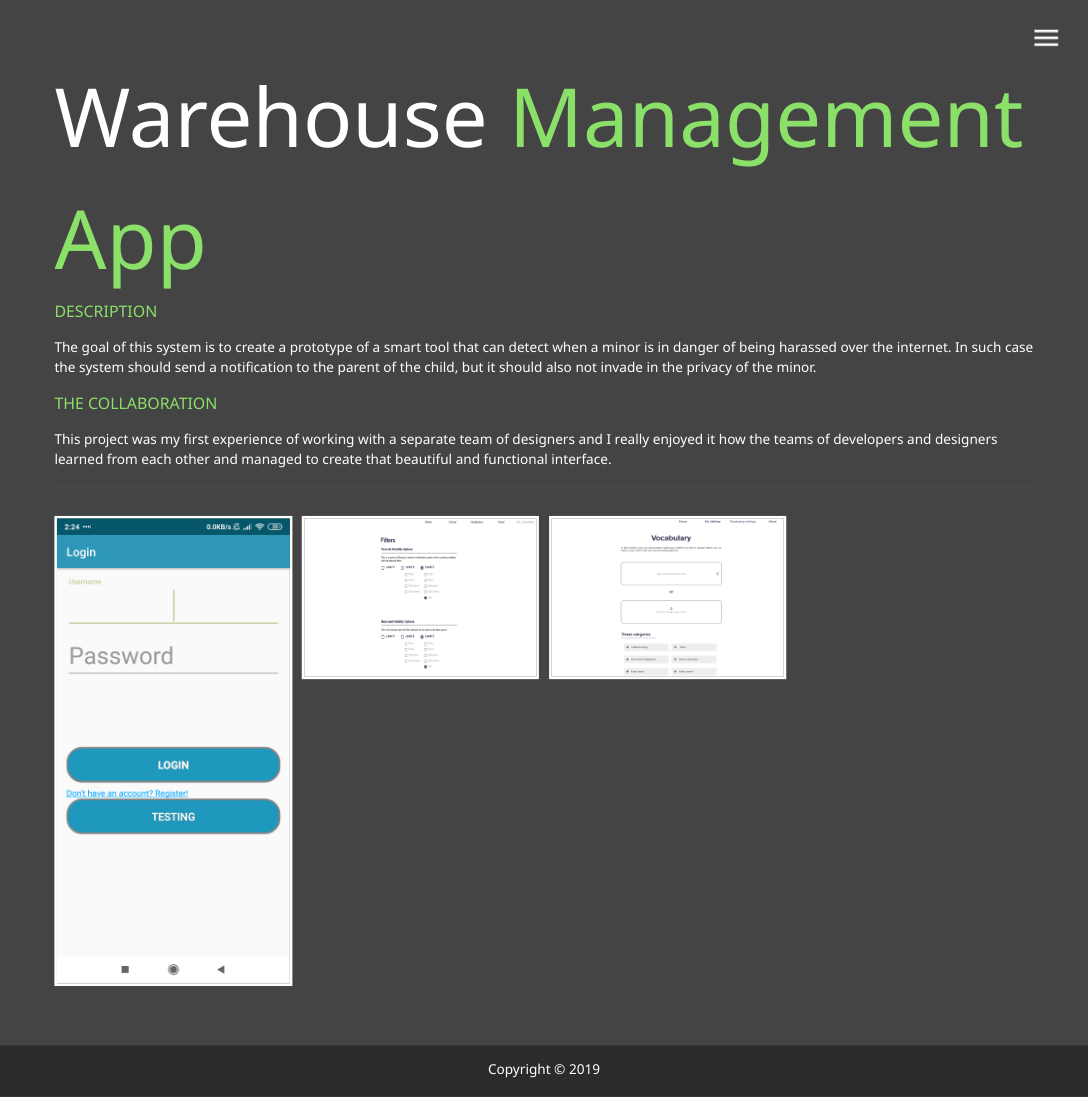
Repository: Preap/portfolio
Page: dist/projects/stockcontrol.html
An editor plug-in stored every save of this project. The page is shown before and after the next save, followed by the edit.
The browser window is 1280 px wide. The pictures show the whole page, at 85% of full size.
Some web libraries are served in a nearby version.

Above is the page before, as saved 2019-06-06 02:47:16.

### dist/projects/stockcontrol.html
<!DOCTYPE html>
<html lang="en">
  <head>
    <meta charset="UTF-8" />
    <meta name="viewport" content="width=device-width, initial-scale=1.0" />
    <meta http-equiv="X-UA-Compatible" content="ie=edge" />
    <link
      rel="stylesheet"
      href="https://use.fontawesome.com/releases/v5.6.1/css/all.css"
      integrity="sha384-gfdkjb5BdAXd+lj+gudLWI+BXq4IuLW5IT+brZEZsLFm++aCMlF1V92rMkPaX4PP"
      crossorigin="anonymous"
    />
    <link rel="stylesheet" href="../css/main.css" />
    <title>Android Project</title>
  </head>
  <body>
    <header>
      <div class="menu-btn">
        <div class="btn-line"></div>
        <div class="btn-line"></div>
        <div class="btn-line"></div>
      </div>

      <nav class="menu">
        <div class="menu-branding"><div class="portrait"></div></div>

        <ul class="menu-nav">
          <li class="nav-item">
            <a href="../index.html" class="nav-link"> Home </a>
          </li>
          <li class="nav-item">
            <a href="../about.html" class="nav-link"> My Experience </a>
          </li>
          <li class="nav-item">
            <a href="../work.html" class="nav-link current"> My Projects </a>
          </li>
          <li class="nav-item">
            <a href="../contact.html" class="nav-link"> Contact Me </a>
          </li>
        </ul>
      </nav>
    </header>

    <main id="work">
      <h1 class="lg-heading">
        Warehouse <span class="text-secondary">Management App</span>
      </h1>

      <div class="project-description">
        <h3 class="text-secondary">DESCRIPTION</h3>
        <p>
            The goal of this system is to create a prototype of a smart tool that can detect when a minor is in danger of being harassed over
            the internet. In such case the system should send a notification to the parent of the child, but it should also not invade in the privacy of the minor.
        </p>
        <h3 class="text-secondary">THE COLLABORATION</h3>
        <p>
            This project was my first experience of working with a separate team of designers and I really enjoyed it how
            the teams of developers and designers learned from each other and managed to create that beautiful and functional interface.
      </p>
      </div>
      <h2 class="sm-heading"></h2>
      <div class="projects">
        <div class="item">
          <a href="#!">
            <img src="../img/projects/stockcontrol/image1.jpg" alt="encase_image" />
          </a>
        </div>
        <div class="item">
          <a href="#!">
            <img src="../img/projects/encase/image2.jpg" alt="encase_image" />
          </a>
        </div>
        <div class="item">
          <a href="#!">
            <img src="../img/projects/encase/image3.jpg" alt="encase_image" />
        </div>
      <br>

    </main>

    <footer id="main-footer">
      Copyright &copy; 2019
    </footer>

    <script src="../js/main.js"></script>
  </body>
</html>

### dist/css/main.css
.menu-btn {
  position: absolute;
  top: 35px;
  right: 35px;
  z-index: 3;
  cursor: pointer;
  transition: all 0.5s ease-out;
}
.menu-btn .btn-line {
  width: 28px;
  height: 3px;
  margin: 0 0 5px 0;
  background: #fff;
  transition: all 0.5s ease-out;
}
.menu-btn.close {
  transform: rotate(180deg);
}
.menu-btn.close .btn-line:nth-child(1) {
  transform: rotate(45deg) translate(5px, 5px);
}
.menu-btn.close .btn-line:nth-child(2) {
  opacity: 0;
}
.menu-btn.close .btn-line:nth-child(3) {
  transform: rotate(-45deg) translate(6px, -6px);
}

.menu {
  position: fixed;
  top: 0;
  width: 100%;
  opacity: 0.98;
  visibility: hidden;
}
.menu.show {
  visibility: visible;
}
.menu-branding,
.menu-nav {
  display: flex;
  flex-flow: column wrap;
  align-items: center;
  justify-content: center;
  float: left;
  width: 50%;
  height: 100vh;
  overflow: hidden;
}
.menu-nav {
  margin: 0;
  padding: 0;
  background: #373737;
  list-style: none;
  transform: translate3d(100%, -100%, 0);
  transition: all 0.5s ease-out;
}
.menu-nav.show {
  transform: translate3d(0, 0, 0);
}
.menu-branding {
  background: #444;
  transform: translate3d(-100%, 100%, 0);
  transition: all 0.5s ease-out;
}
.menu-branding.show {
  transform: translate3d(0, 0, 0);
}
.menu-branding .portrait {
  width: 250px;
  height: 250px;
  background: url(../img/port2BW.jpg);
  border-radius: 50%;
  border: solid 3px #8be069;
  opacity: 1;
}
.menu .nav-item {
  transform: translate3d(600px, 0, 0);
  transition: all 0.5s ease-out;
}
.menu .nav-item.show {
  transform: translate3d(0, 0, 0);
}
.menu .nav-link {
  display: inline-block;
  position: relative;
  font-size: 50px;
  text-transform: uppercase;
  padding: 1rem 0;
  font-weight: 300;
  color: #fff;
  text-decoration: none;
  transition: all 0.5s ease-out;
}
.menu .nav-link:hover {
  color: #8be069;
  transition: all 0.5s ease-out;
}
.menu .nav-link.current {
  color: #8be069;
}

.nav-item:nth-child(1) {
  transition-delay: 0.15s;
}

.nav-item:nth-child(2) {
  transition-delay: 0.3s;
}

.nav-item:nth-child(3) {
  transition-delay: 0.45s;
}

.nav-item:nth-child(4) {
  transition-delay: 0.6s;
}

* {
  box-sizing: border-box;
}

body {
  background: #444;
  color: #fff;
  height: 100%;
  margin: 0;
  font-family: "Segoe UI", Tahoma, Geneva, Verdana, sans-serif;
  line-height: 1.5;
}
body#bg-img {
  background: url(../img/keyboard.jpg);
  background-attachment: fixed;
  background-size: cover;
}
body#bg-img::after {
  content: "";
  position: absolute;
  top: 0;
  right: 0;
  width: 100%;
  height: 100%;
  z-index: -1;
  background: rgba(68, 68, 68, 0.9);
}

h1,
h2,
h3 {
  margin: 0;
  font-weight: 400;
}
h1.lg-heading,
h2.lg-heading,
h3.lg-heading {
  font-size: 6rem;
}
h1.sm-heading,
h2.sm-heading,
h3.sm-heading {
  margin-bottom: 2rem;
  padding: 0.2rem 1rem;
  background: rgba(73, 73, 73, 0.5);
}

a {
  color: #fff;
  text-decoration-line: none;
}

header {
  position: fixed;
  z-index: 2;
  width: 100%;
}

.text-secondary {
  color: #8be069;
}

main {
  padding: 4rem;
  min-height: calc(100vh - 60px);
}
main .icons {
  margin-top: 1rem;
}
main .icons a {
  padding: 0.4rem;
}
main .icons a:hover {
  color: #8be069;
  transition: all 0.5s ease-out;
}
main#home {
  overflow: hidden;
}
main#home h1 {
  margin-top: 20vh;
}

.about-info {
  display: grid;
  grid-gap: 30px;
  grid-template-areas:
    "bioimage bio bio"
    "job1 job2 job3";
  grid-template-columns: repeat(3, 1fr);
}
.about-info .bio-image {
  grid-area: bioimage;
  margin: auto;
  border-radius: 50%;
  border: #8be069 3px solid;
}
.about-info .bio {
  grid-area: bio;
  font-size: 1.5rem;
}
.about-info .job-1 {
  grid-area: job1;
}
.about-info .job-2 {
  grid-area: job2;
}
.about-info .job-3 {
  grid-area: job3;
}
.about-info .job {
  background: #585858;
  padding: 0.5rem;
  border-bottom: #8be069 5px solid;
}

.projects {
  display: grid;
  grid-gap: 0.7rem;
  grid-template-columns: repeat(3, 1fr);
}
.projects img {
  width: 100%;
  border: 3px #fff solid;
}
.projects img:hover {
  opacity: 0.5;
  border-color: #8be069;
  transition: all 0.5s ease-out;
}

.boxes {
  display: flex;
  flex-wrap: wrap;
  justify-content: space-evenly;
  align-items: center;
  margin-top: 1rem;
}
.boxes div {
  font-size: 2rem;
  border: 3px #fff solid;
  padding: 1.5rem 2.5rem;
  margin-bottom: 3rem;
  transition: all 0.5s ease-out;
}
.boxes div:hover {
  padding: 0.5rem 1.5rem;
  background: #8be069;
  color: #000;
}
.boxes div:hover span {
  color: #000;
}

.btn,
.btn-dark,
.btn-light {
  display: block;
  padding: 0.5rem 1rem;
  border: 0;
  margin-bottom: 0.3rem;
}
.btn:hover,
.btn-dark:hover,
.btn-light:hover {
  background: #8be069;
  color: #000;
  transition: all 0.5s ease-out;
}

.btn-dark {
  background: black;
  color: #fff;
}

.btn-light {
  background: #c4c4c4;
  color: #000;
}

#main-footer {
  text-align: center;
  padding: 1rem;
  background: #2b2b2b;
  color: #fff;
  height: 60px;
}

.bio {
  grid-area: bio;
  font-size: 1.5rem;
}

@media screen and (min-width: 1171px) {
  .projects {
    grid-template-columns: repeat(4, 1fr);
  }
}

@media screen and (min-width: 769) and (max-width: 1170px) {
  .projects {
    grid-template-columns: repeat(3, 1fr);
  }
}

@media screen and (max-width: 768px) {
  main {
    align-items: center;
    text-align: center;
  }
  main .lg-heading {
    line-height: 1;
    margin-bottom: 1rem;
  }
  ul.menu-nav,
  div.menu-branding {
    float: none;
    width: 100%;
    min-height: 0;
  }
  ul.menu-nav.show,
  div.menu-branding.show {
    transform: translate3d(0, 0, 0);
  }
  .menu-nav {
    height: 75vh;
    transform: translate3d(-100%, 0, 0);
    font-size: 24px;
  }
  .menu-branding {
    height: 25vh;
    transform: translate3d(100%, 0, 0);
  }
  .menu-branding .portrait {
    background: url(../img/portSmallBW.jpg);
    width: 150px;
    height: 150px;
  }
  .about-info {
    grid-template-areas:
      "bioimage"
      "bio"
      "job1"
      "job2"
      "job3";
    grid-template-columns: 1fr;
  }
  .projects {
    grid-template-columns: repeat(2, 1fr);
  }
}

@media screen and (max-width: 500px) {
  main#home h1 {
    margin-top: 10vh;
  }
  .projects {
    grid-template-columns: 1fr;
  }
}

### dist/js/main.js
// Select DOM Items
const menuBtn = document.querySelector(".menu-btn");
const menu = document.querySelector(".menu");
const menuNav = document.querySelector(".menu-nav");
const menuBranding = document.querySelector(".menu-branding");
const navItems = document.querySelectorAll(".nav-item");

//Set initial state of menu

let showMenu = false;

menuBtn.addEventListener("click", toggleMenu);

function toggleMenu() {
  if (!showMenu) {
    menuBtn.classList.add("close");
    menu.classList.add("show");
    menuNav.classList.add("show");
    menuBranding.classList.add("show");
    navItems.forEach(item => item.classList.add("show"));

    //set menu state
    showMenu = true;
  } else {
    menuBtn.classList.remove("close");
    menu.classList.remove("show");
    menuNav.classList.remove("show");
    menuBranding.classList.remove("show");
    navItems.forEach(item => item.classList.remove("show"));

    //set menu state
    showMenu = false;
  }
}

After the next save:
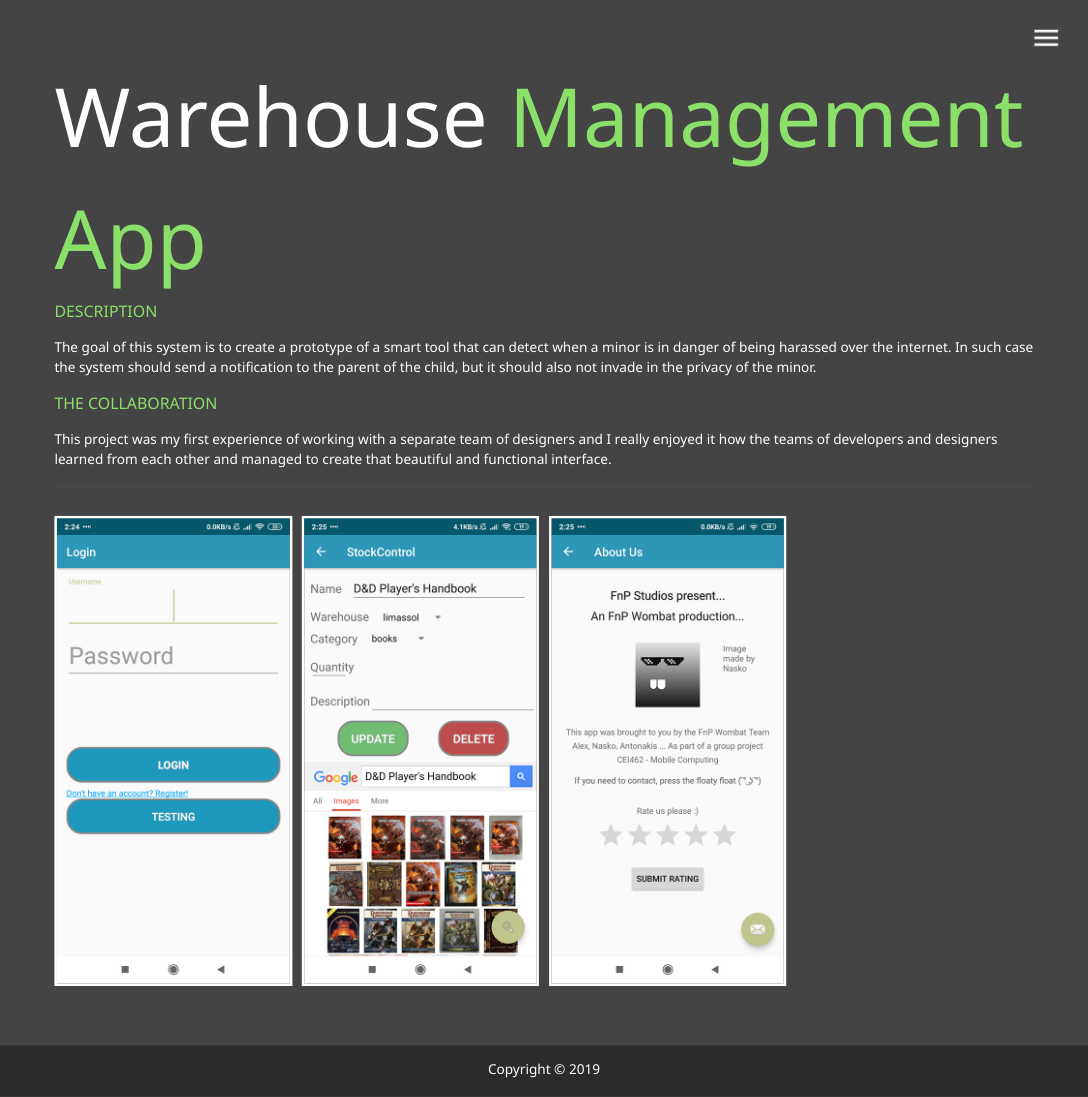
Saved 76 s later.
--- a/dist/projects/stockcontrol.html
+++ b/dist/projects/stockcontrol.html
@@ -67,12 +67,12 @@
         </div>
         <div class="item">
           <a href="#!">
-            <img src="../img/projects/encase/image2.jpg" alt="encase_image" />
+            <img src="../img/projects/stockcontrol/image2.jpg" alt="encase_image" />
           </a>
         </div>
         <div class="item">
           <a href="#!">
-            <img src="../img/projects/encase/image3.jpg" alt="encase_image" />
+            <img src="../img/projects/stockcontrol/image3.jpg" alt="encase_image" />
         </div>
       <br>
 
